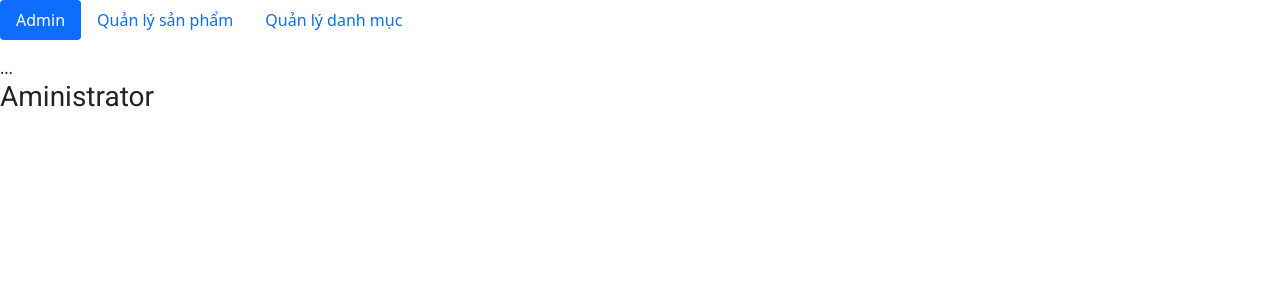
Repository: ThanhNghiadn03/Website-1-JSP-Servlet
Page: http://localhost/new-web-ban-sach/admin-home
The author's editor kept a copy of each file at every save. The page is drawn from the files as they stood at one save, then again after the next save.
The browser window is 1280 px wide. The pictures show the whole page.
The page is served by Tomcat 9.

Above is the page before, as saved 2023-04-26 07:57:31.

After the next save:
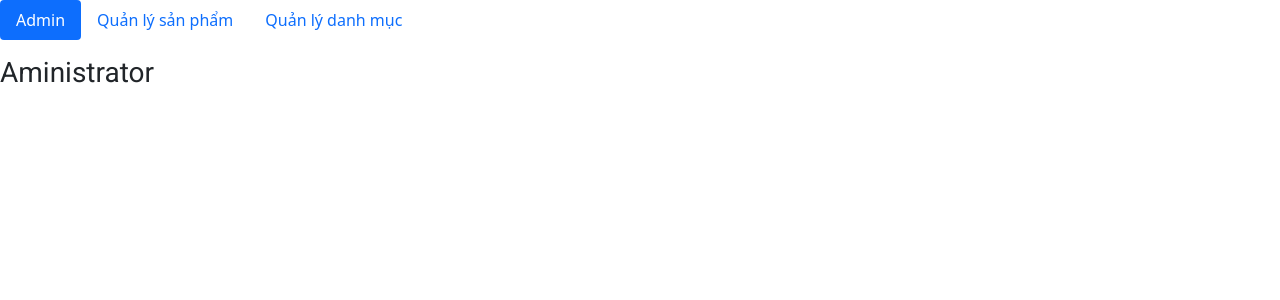
Saved 8 min 56 s later.
--- a/Project/new-web-ban-sach/src/main/webapp/views/admin/admin.jsp
+++ b/Project/new-web-ban-sach/src/main/webapp/views/admin/admin.jsp
@@ -32,14 +32,14 @@
 					role="tab" aria-controls="pills-contact" aria-selected="false">Quản lý danh mục</button>
 			</li>
 		</ul>
-		<div class="tab-content" id="pills-tabContent">
+		<!-- <div class="tab-content" id="pills-tabContent">
 			<div class="tab-pane fade show active" id="pills-home"
 				role="tabpanel" aria-labelledby="pills-home-tab">...</div>
 			<div class="tab-pane fade" id="pills-profile" role="tabpanel"
 				aria-labelledby="pills-profile-tab">...</div>
 			<div class="tab-pane fade" id="pills-contact" role="tabpanel"
 				aria-labelledby="pills-contact-tab">...</div>
-		</div>
+		</div> -->
 	</div>
 	<div class="left-right">
 		<div class="left-side">
